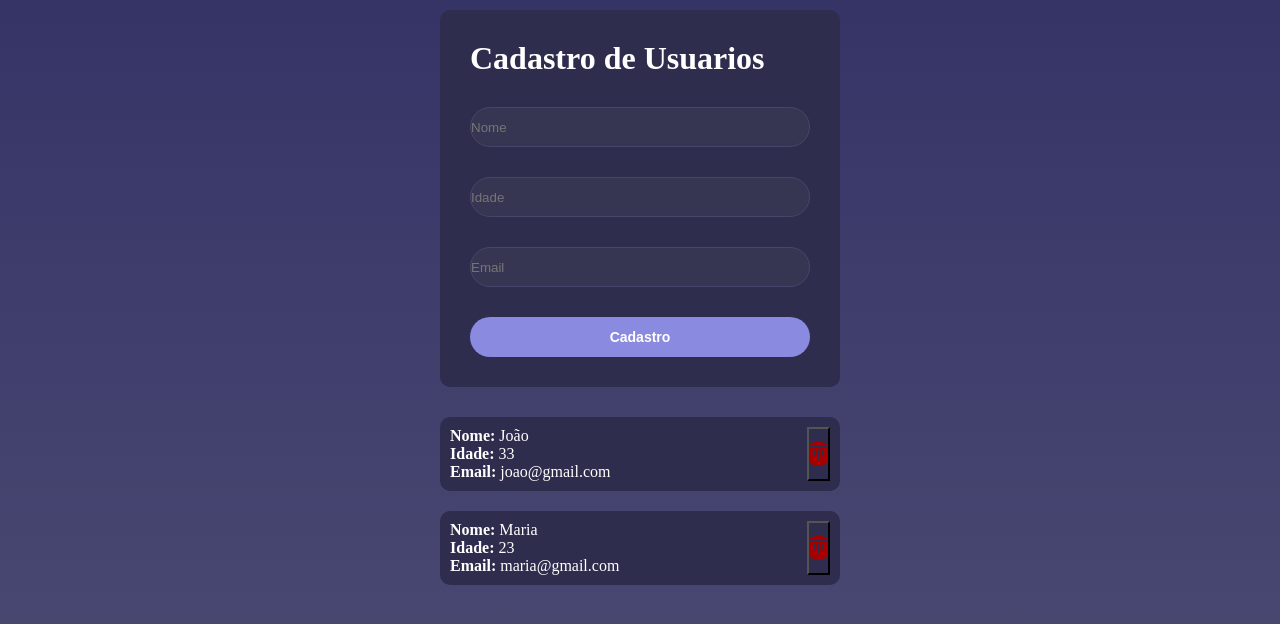
Repository: Rubenslourenco/api-react-node
Page: / (app in devclub-cadastro/)
The author's editor kept a copy of each file at every save. The page is drawn from the files as they stood at one save, then again after the next save.
The browser window is 1280 px wide. The pictures show the whole page.
The project was rebuilt for these pictures with package versions that can differ from the ones it lists, and the page was loaded fresh each time. Also part of the build but not shown: devclub-cadastro/vite.config.js.

Above is the page before, as saved 2025-01-27 10:58:36.

After the next save:
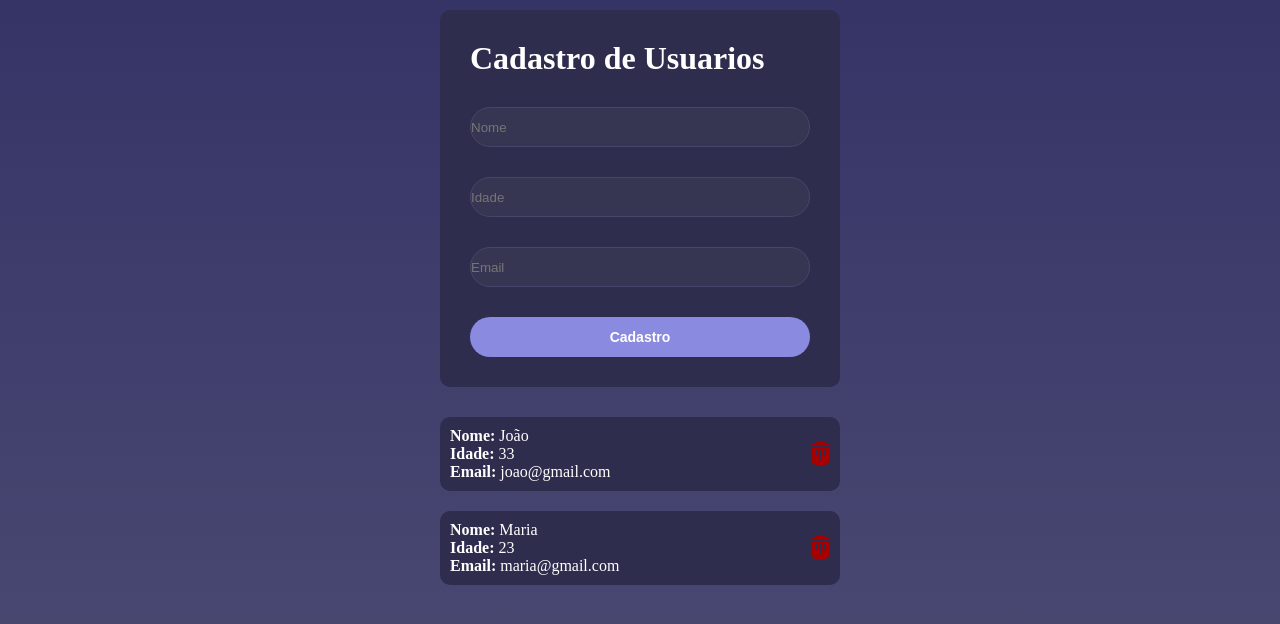
Saved 47 s later.
--- a/devclub-cadastro/src/pages/Home/style.css
+++ b/devclub-cadastro/src/pages/Home/style.css
@@ -64,5 +64,11 @@ form {
 
   & button {
     background-color: transparent;
+    border: none;
+    cursos: pointer;
+  }
+
+  & button:hover {
+    opacity: 0.8;
   }
 }
